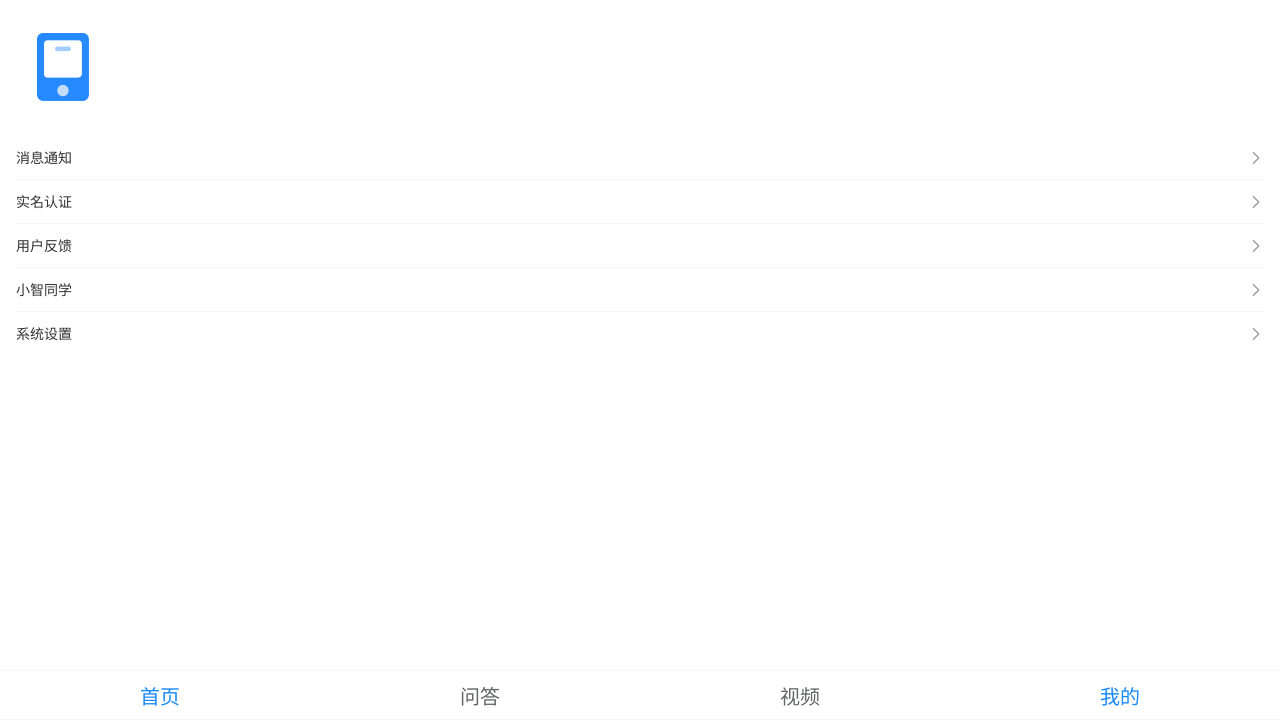
Repository: Tsukiau/toutiao-m
Page: /#/my
The author's editor kept a copy of each file at every save. The page is drawn from the files as they stood at one save, then again after the next save.
The browser window is 1280 px wide. The pictures show the whole page.
The project was rebuilt for these pictures with package versions that can differ from the ones it lists, and the page was loaded fresh each time. Also part of the build but not shown: vue.config.js.

Above is the page before, as saved 2022-10-14 18:59:52.

### src/main.js
import Vue from 'vue'
import App from './App.vue'
import router from './router'
import store from './store'
import '@/styles/index.less'

import 'amfe-flexible'

import Vant from 'vant'
import 'vant/lib/index.css'

Vue.use(Vant)



Vue.config.productionTip = false

new Vue({
  router,
  store,
  render: h => h(App)
}).$mount('#app')

### src/router/index.js
import Vue from 'vue'
import VueRouter from 'vue-router'

Vue.use(VueRouter)

const routes = [
  {
     path: '/login',
     component: ()=> import('@/views/login')
  },
  {
     path:'/',
     component: ()=> import('@/views/layout'),
     children: [
      {
        path: '', // 默认子路由
        name: 'home',
        component: () => import('@/views/home')
      },
      {
        path: 'qa',
        name: 'qa',
        component: () => import('@/views/qa')
      },
      {
        path: 'video',
        name: 'video',
        component: () => import('@/views/video')
      },
      {
        path: 'my',
        name: 'my',
        component: () => import('@/views/my')
      }
    ]

  }

]

const router = new VueRouter({
  routes
})

export default router

### src/store/index.js
import Vue from 'vue'
import Vuex from 'vuex'

Vue.use(Vuex)

export default new Vuex.Store({
  state: {
        user: JSON.parse(localStorage.getItem('ttUser'))
  },
  getters: {
  },
  mutations: {
       setUser(state,user){
        state.user = user
           localStorage.setItem('ttUser',JSON.stringify(user))
       }
  },
  actions: {
  },
  modules: {
  }
})

### src/styles/index.less
// 加载图标样式图标
@import './icon.less';

### src/views/layout/index.vue
<template>
  <div class="layout-container">
    <!-- 子路由出口 -->
    <router-view />
    <!-- /子路由出口 -->

    <!-- 标签导航栏 -->
    <!--
      route: 开启路由模式
     -->
    <van-tabbar class="layout-tabbar" route>
      <van-tabbar-item to="/">
        <i slot="icon" class="toutiao toutiao-shouye"></i>
        <span class="text">首页</span>
      </van-tabbar-item>
      <van-tabbar-item to="/qa">
        <i slot="icon" class="toutiao toutiao-wenda"></i>
        <span class="text">问答</span>
      </van-tabbar-item>
      <van-tabbar-item to="/video">
        <i slot="icon" class="toutiao toutiao-shipin"></i>
        <span class="text">视频</span>
      </van-tabbar-item>
      <van-tabbar-item to="/my">
        <i slot="icon" class="toutiao toutiao-wode"></i>
        <span class="text">我的</span>
      </van-tabbar-item>
    </van-tabbar>
    <!-- /标签导航栏 -->
  </div>
</template>

<script>
export default {
  name: 'LayoutIndex',
  components: {},
  props: {},
  data () {
    return {
    }
  },
  computed: {},
  watch: {},
  created () {},
  mounted () {},
  methods: {}
}
</script>

<style scoped lang="less">
.layout-container {
  .layout-tabbar {
    i.toutiao {
      font-size: 40px;
    }
    span.text {
      font-size: 20px;
    }
  }
}
</style>

### src/views/my/index.vue
<template>
  <div class="my-container">
    <div class="header">
      <img
        class="mobile-img"
        src="~@/assets/mobile.png"
        @click="$router.push('/login')"
      >
    </div>
    <div class="grid-nav"></div>
    <van-cell title="消息通知" is-link url="" />
    <van-cell title="实名认证" is-link url="" />
    <van-cell title="用户反馈" is-link url="" />
    <van-cell title="小智同学" is-link url="" />
    <van-cell title="系统设置" is-link url="" />

  </div>
</template>

<script>
export default {
  name: 'MyPage',
  components: {},
  props: {},
  data () {
    return {}
  },
  computed: {},
  watch: {},
  created () {},
  mounted () {},
  methods: {}
}
</script>

<style scoped></style>

### src/styles/icon.less
@font-face {
  font-family: "iconfont"; /* Project id 3671134 */
  src: url('//at.alicdn.com/t/c/font_3671134_2emfzv8sq1v.woff2?t=1664107686856') format('woff2'),
       url('//at.alicdn.com/t/c/font_3671134_2emfzv8sq1v.woff?t=1664107686856') format('woff'),
       url('//at.alicdn.com/t/c/font_3671134_2emfzv8sq1v.ttf?t=1664107686856') format('truetype');
}

.iconfont {
  font-family: "iconfont" !important;
  font-size: 16px;
  font-style: normal;
  -webkit-font-smoothing: antialiased;
  -moz-osx-font-smoothing: grayscale;
}

.icon-fenxiang:before {
  content: "\e60a";
}

.icon-zuopin:before {
  content: "\e60b";
}

.icon-pinglun1:before {
  content: "\e60c";
}

.icon-guanbi:before {
  content: "\e60d";
}

.icon-gengduo:before {
  content: "\e60e";
}

.icon-shanchu:before {
  content: "\e60f";
}

.icon-shouye1:before {
  content: "\e610";
}

.icon-shoucang:before {
  content: "\e611";
}

.icon-shouji1:before {
  content: "\e612";
}

.icon-zuojiantou:before {
  content: "\e613";
}

.icon-sousuo:before {
  content: "\e614";
}

.icon-dianzan:before {
  content: "\e615";
}

.icon-wenda:before {
  content: "\e616";
}

.icon-wuwangluo1:before {
  content: "\e617";
}

.icon-fenxiang1:before {
  content: "\e618";
}

.icon-dianzan2:before {
  content: "\e619";
}

.icon-shipin:before {
  content: "\e61a";
}

.icon-yanzhengma:before {
  content: "\e61b";
}

.icon-lishi1:before {
  content: "\e61c";
}

.icon-wode:before {
  content: "\e61d";
}

.icon-youjiantou:before {
  content: "\e61e";
}

.icon-zuopin1:before {
  content: "\e61f";
}

.icon-yuedu:before {
  content: "\e620";
}

.icon-pinglun:before {
  content: "\e601";
}

.icon-lishi:before {
  content: "\e602";
}

.icon-shouye:before {
  content: "\e603";
}

.icon-shouji:before {
  content: "\e604";
}

.icon-wuwangluo:before {
  content: "\e605";
}

Loaded but not shown: public/index.html (common file); src/App.vue (common file)

After the next save:
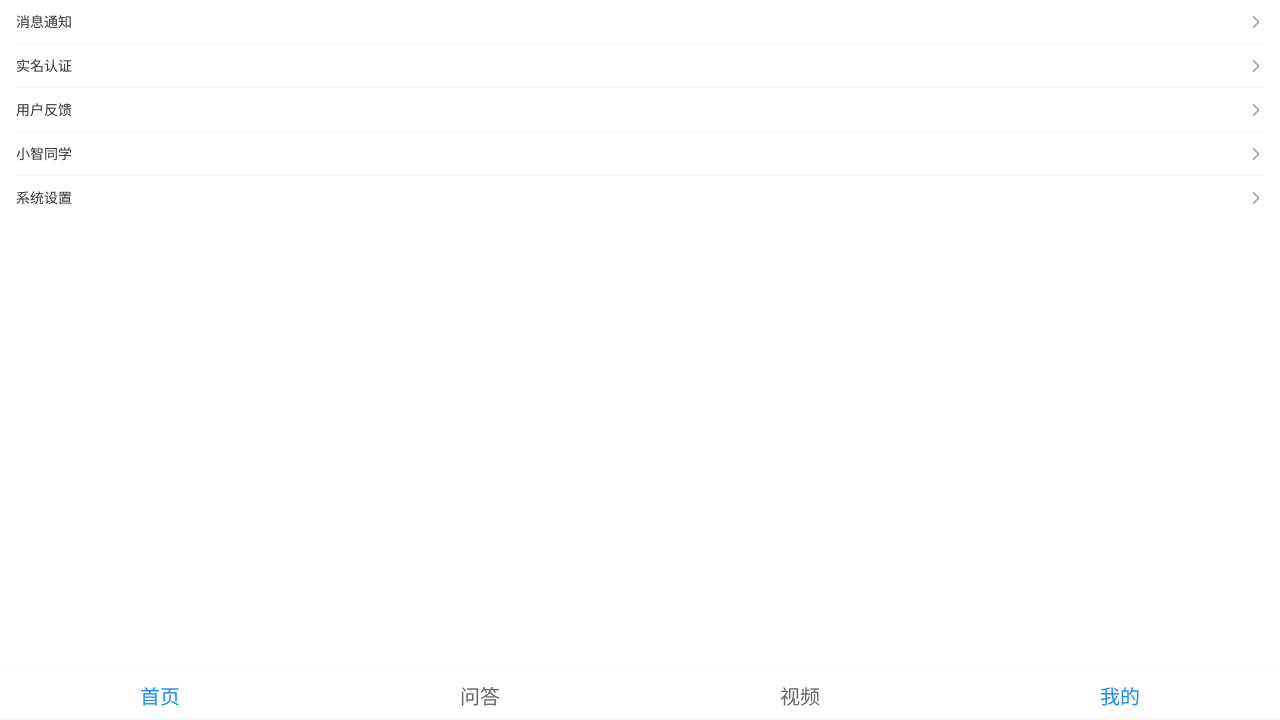
Saved 10 s later.
--- a/src/views/my/index.vue
+++ b/src/views/my/index.vue
@@ -1,11 +1,11 @@
 <template>
   <div class="my-container">
     <div class="header">
-      <img
+<!--       <img
         class="mobile-img"
         src="~@/assets/mobile.png"
         @click="$router.push('/login')"
-      >
+      > -->
     </div>
     <div class="grid-nav"></div>
     <van-cell title="消息通知" is-link url="" />
